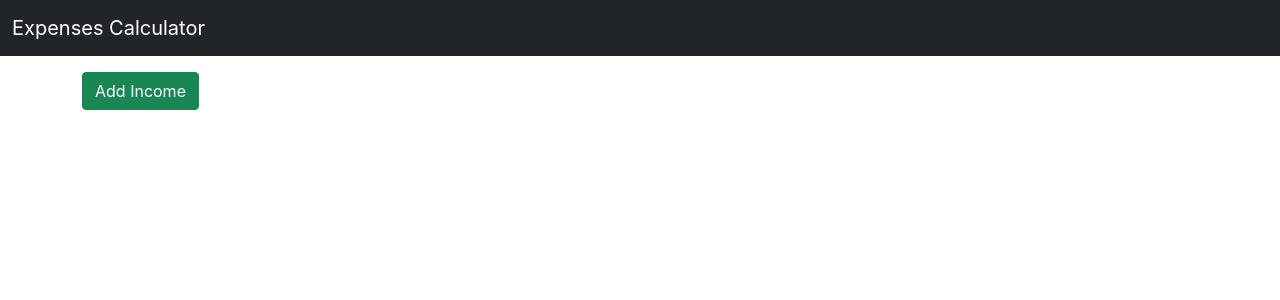
Repository: eidankhan/expenses-calculator
Page: /
These files come from the project's save history. The page is drawn as it stood at one moment and after the next save; the edit follows.
The browser window is 1280 px wide. The pictures show the whole page.
The project was rebuilt for these pictures with package versions that can differ from the ones it lists, and the page was loaded fresh each time.

Above is the page before, as saved 2021-11-29 15:41:00.

### public/index.html
<!DOCTYPE html>
<html lang="en">
  <head>
    <meta charset="utf-8" />
    <link rel="icon" href="%PUBLIC_URL%/favicon.ico" />
    <meta name="viewport" content="width=device-width, initial-scale=1" />
    <meta name="theme-color" content="#000000" />
    <meta
      name="description"
      content="Web site created using create-react-app"
    />
    <link rel="apple-touch-icon" href="%PUBLIC_URL%/logo192.png" />
    <link rel="manifest" href="%PUBLIC_URL%/manifest.json" />
    <!-- CSS only -->
    <link
      href="https://cdn.jsdelivr.net/npm/bootstrap@5.1.3/dist/css/bootstrap.min.css"
      rel="stylesheet"
      integrity="sha384-1BmE4kWBq78iYhFldvKuhfTAU6auU8tT94WrHftjDbrCEXSU1oBoqyl2QvZ6jIW3"
      crossorigin="anonymous"
    />
    <title>Shopping Cart App</title>
  </head>
  <body>
    <noscript>You need to enable JavaScript to run this app.</noscript>
    <div id="root"></div>
    <!-- JavaScript Bundle with Popper -->
    <script
      src="https://cdn.jsdelivr.net/npm/bootstrap@5.1.3/dist/js/bootstrap.bundle.min.js"
      integrity="sha384-ka7Sk0Gln4gmtz2MlQnikT1wXgYsOg+OMhuP+IlRH9sENBO0LRn5q+8nbTov4+1p"
      crossorigin="anonymous"
    ></script>
  </body>
</html>

### src/App.js
// import {
//   BrowserRouter as Router,
//   Routes,
//   Route,
// } from "react-router-dom";

import { Income } from "./components/Income";
import { Navbar } from "./components/Navbar";

function App() {
  return (
    <>
      <Navbar />
      <div className="container my-3">
        <Income/>
      </div>
    </>
  );
}

export default App;

### src/components/Income.js
import React from "react";

export const Income = () => {
  return (
    <div>
      <button
        type="button"
        className="btn btn-success"
        data-bs-toggle="modal"
        data-bs-target="#exampleModal"
      >
        Add Income
      </button>
      <div
        className="modal fade"
        id="exampleModal"
        tabindex="-1"
        aria-labelledby="exampleModalLabel"
        aria-hidden="true"
      >
        <div className="modal-dialog">
          <div className="modal-content">
            <div className="modal-header">
              <h5 className="modal-title" id="exampleModalLabel">
                Modal title
              </h5>
              <button
                type="button"
                className="btn-close"
                data-bs-dismiss="modal"
                aria-label="Close"
              ></button>
            </div>
            <div className="modal-body">...</div>
            <div className="modal-footer">
              <button
                type="button"
                className="btn btn-secondary"
                data-bs-dismiss="modal"
              >
                Close
              </button>
              <button type="button" className="btn btn-primary">
                Save changes
              </button>
            </div>
          </div>
        </div>
      </div>
    </div>
  );
};

### src/components/Navbar.js
import React from "react";

export const Navbar = () => {
  return (
    <nav className="navbar navbar-dark bg-dark">
      <div className="container-fluid">
        <a className="navbar-brand" href="/" > Expenses Calculator</a>

        {/* <form className="d-flex">
          <input
            className="form-control me-2"
            type="search"
            placeholder="Search"
            aria-label="Search"
          />
          <button className="btn btn-outline-success" type="submit">
            Search
          </button>
        </form> */}

      </div>
    </nav>
  );
};

Loaded but not shown: src/index.js (common file); src/index.css (common file)

After the next save:
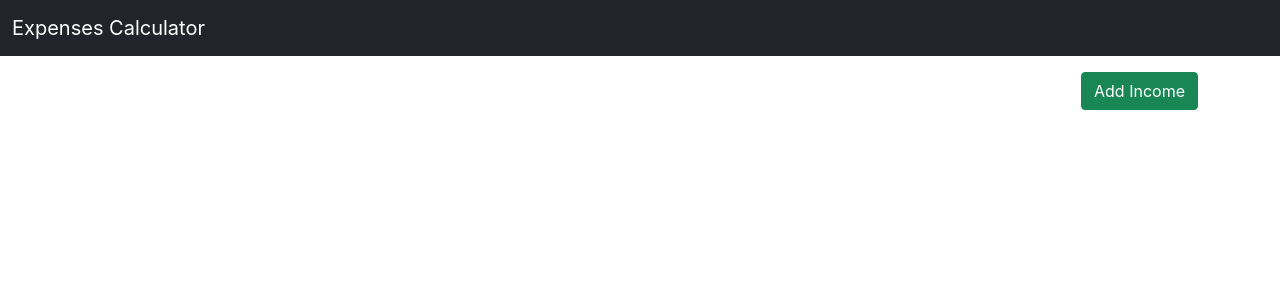
Saved 53 s later.
--- a/src/components/Income.js
+++ b/src/components/Income.js
@@ -5,7 +5,7 @@
     <div>
       <button
         type="button"
-        className="btn btn-success"
+        className="btn btn-success float-end"
         data-bs-toggle="modal"
         data-bs-target="#exampleModal"
       >

After the save that followed:
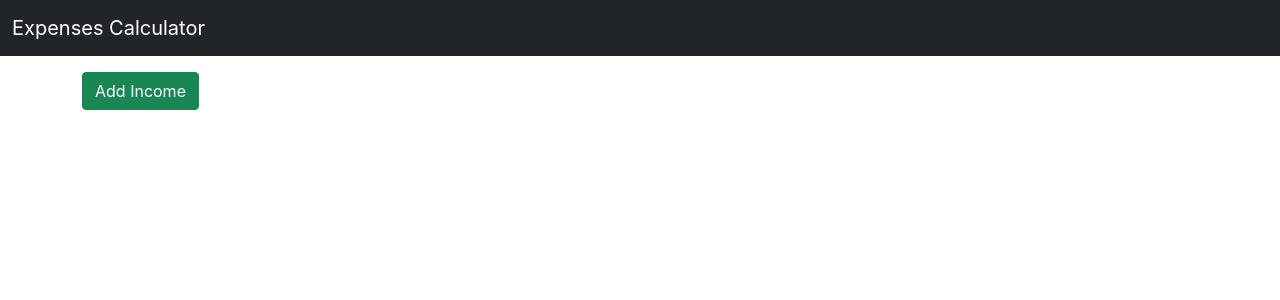
Saved 14 s later.
--- a/src/components/Income.js
+++ b/src/components/Income.js
@@ -5,7 +5,7 @@
     <div>
       <button
         type="button"
-        className="btn btn-success float-end"
+        className="btn btn-success float-start"
         data-bs-toggle="modal"
         data-bs-target="#exampleModal"
       >
